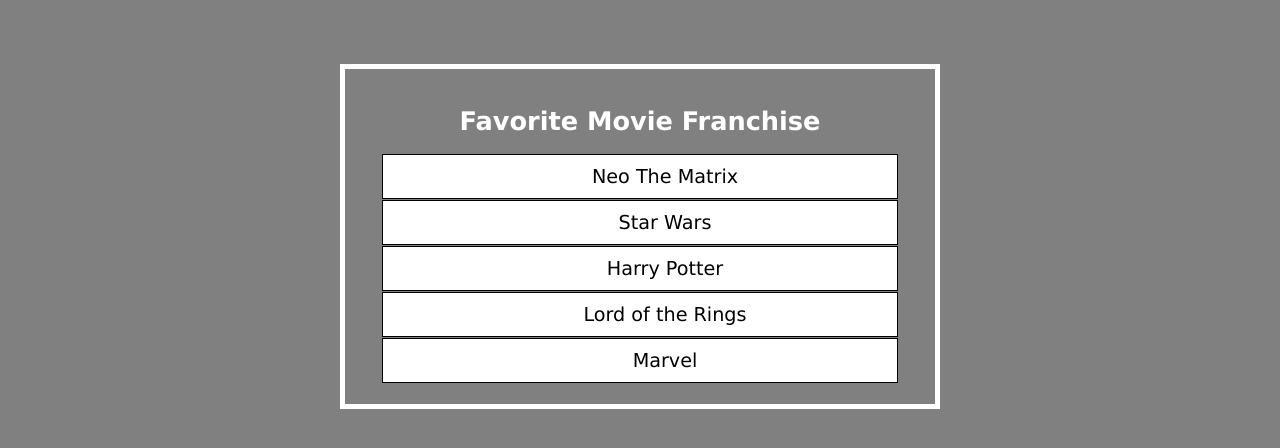
Repository: wakoya-tech/react-project
Page: Desktop/shaakala/jaal/index.html
An editor plug-in stored every save of this project. The page is shown before and after the next save, followed by the edit.
The browser window is 1280 px wide. The pictures show the whole page.

Above is the page before, as saved 2025-08-29 09:32:15.
Console error: TypeError: Cannot set properties of undefined (setting 'background')

After the next save:
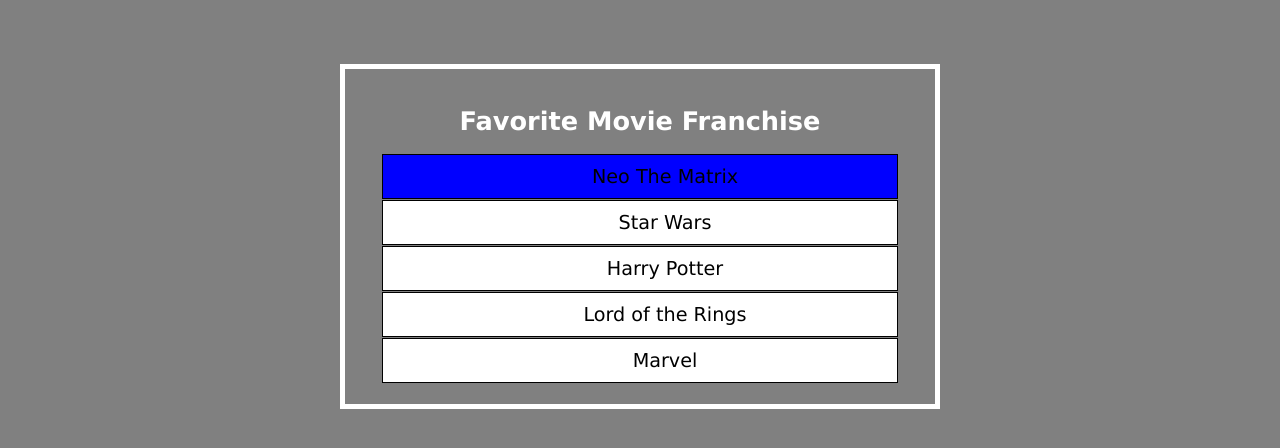
The error is gone.
Saved 15 s later.
--- a/Desktop/shaakala/jaal/script.js
+++ b/Desktop/shaakala/jaal/script.js
@@ -37,4 +37,4 @@
 console.log(ul.childNodes);
 console.log(ul.firstChild);
 console.log(ul.lastChild);
-ul.childNodes[2].style.background = 'blue';
+ul.childNodes[1].style.background = 'blue';
